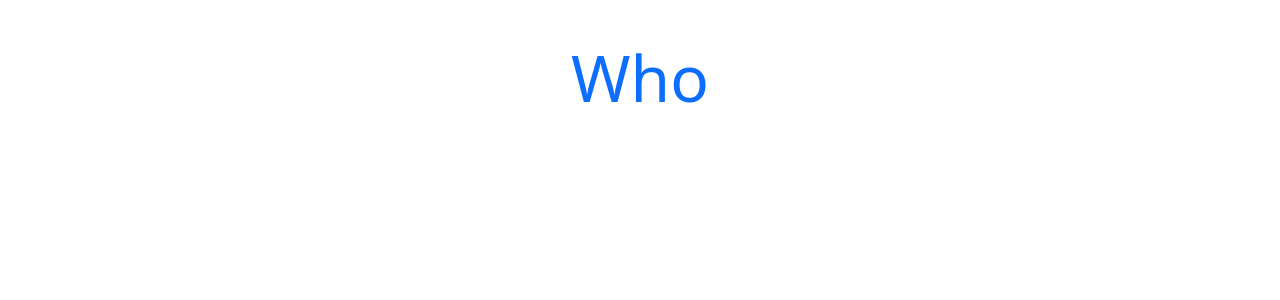
Repository: julihocc/netninja-quiz
Page: index.html
These files come from the project's save history. The page is drawn as it stood at one moment and after the next save; the edit follows.
The browser window is 1280 px wide. The pictures show the whole page.

Above is the page before, as saved 2022-09-27 19:07:21.

After the next save:
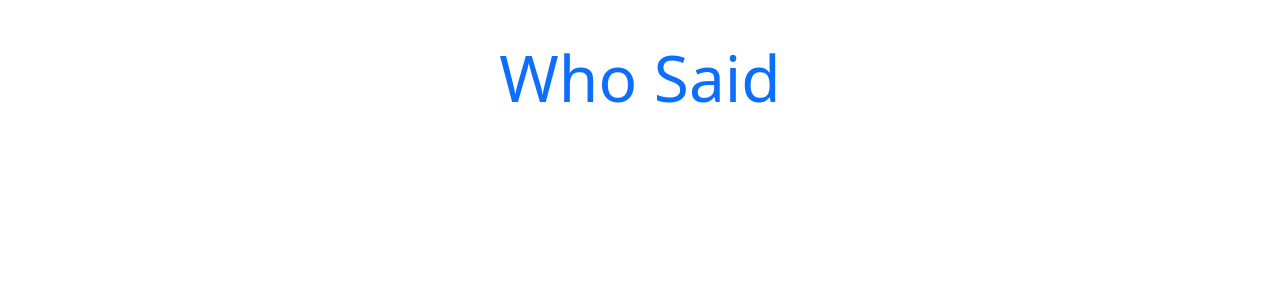
Saved 4 s later.
--- a/index.html
+++ b/index.html
@@ -18,7 +18,7 @@
     <div class="intro py-3 bg-white text-center">
         <div class="container">
             <h2 class="text-primary display-3 my-4">
-                Who
+                Who Said
             </h2>
         </div>
     </div>
